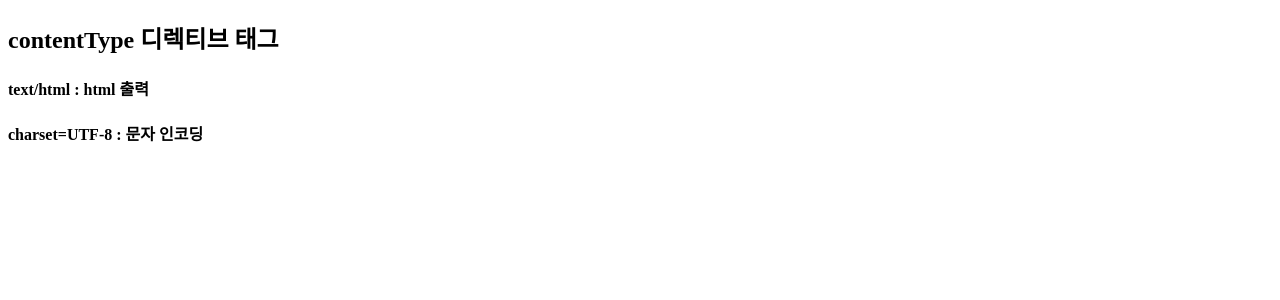
Repository: 6dreamhigh/jsp
Page: http://localhost/BookMarket/ch03/page_contentType02.jsp
An editor plug-in stored every save of this project. The page is shown before and after the next save, followed by the edit.
The browser window is 1280 px wide. The pictures show the whole page.
The page is served by Tomcat 9.

Above is the page before, as saved 2024-08-12 07:19:18.

### BookMarket/src/main/webapp/ch03/page_contentType02.jsp
<%@ page language="java" contentType="text/html; charset=UTF-8" pageEncoding="UTF-8"%>
<!DOCTYPE html>
<html>
<head>
<meta charset="UTF-8">
<title>Insert title here</title>
</head>
<body>
    <h2>contentType 디렉티브 태그</h2>
    <h4>text/html :  html 출력</h4>
    <h4>charset=UTF-8 : 문자 인코딩</h4>
</body>
</html>

After the next save:
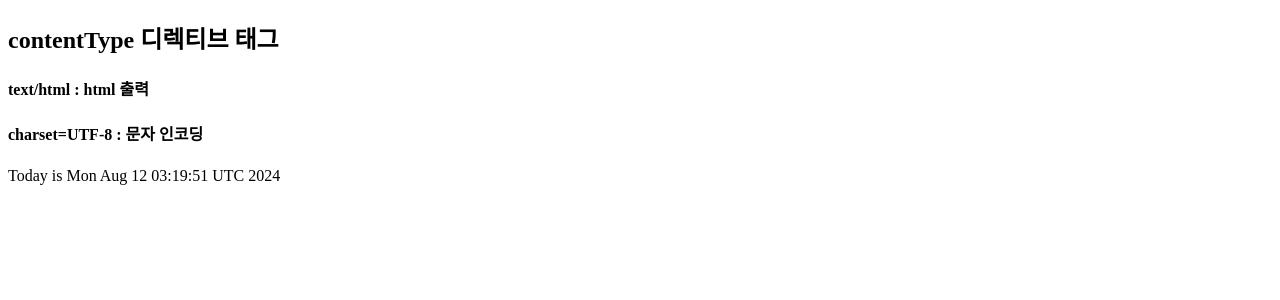
Saved 4 min 11 s later.
--- a/BookMarket/src/main/webapp/ch03/page_contentType02.jsp
+++ b/BookMarket/src/main/webapp/ch03/page_contentType02.jsp
@@ -9,5 +9,8 @@
     <h2>contentType 디렉티브 태그</h2>
     <h4>text/html :  html 출력</h4>
     <h4>charset=UTF-8 : 문자 인코딩</h4>
+
+    <%@page import ="java.util.Date" %>
+    Today is <%=new Date() %>
 </body>
 </html>
